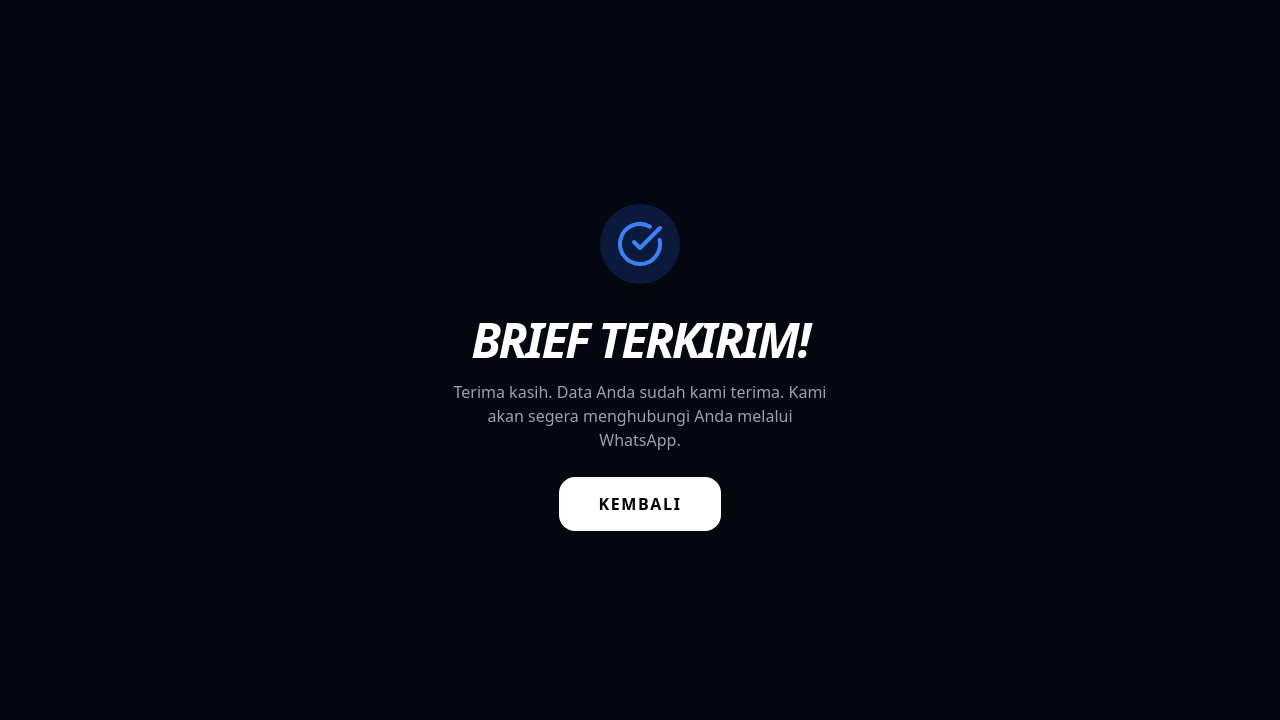
Repository: zhr-nabila/ClientBrief
Page: http://localhost/thanks.php
An editor plug-in stored every save of this project. The page is shown before and after the next save, followed by the edit.
The browser window is 1280 px wide. The pictures show the whole page.
Some web libraries are served in a nearby version. The page is run by PHP 8.4 with error messages shown; the project is at /var/www/html/.

Above is the page before, as saved 2026-01-20 16:09:47.

### thanks.php
<!DOCTYPE html>
<html lang="id">

<head>
    <meta charset="UTF-8">
    <script src="https://cdn.tailwindcss.com"></script>
    <script src="https://unpkg.com/lucide@latest"></script>
    <title>Success | ClientBrief</title>
</head>

<body class="bg-[#050810] text-white flex items-center justify-center min-h-screen p-6">
    <div class="text-center">
        <div class="w-20 h-20 bg-blue-600/20 text-blue-500 rounded-full flex items-center justify-center mx-auto mb-8 shadow-2xl">
            <i data-lucide="check-circle" class="w-12 h-12"></i>
        </div>
        <h1 class="text-5xl font-black italic uppercase tracking-tighter mb-4">Brief Terkirim!</h1>
        <p class="text-gray-400 mb-10 max-w-sm mx-auto">Terima kasih. Data Anda sudah kami terima. Kami akan segera menghubungi Anda melalui WhatsApp.</p>
        <a href="index.php" class="bg-white text-black px-10 py-4 rounded-2xl font-black uppercase tracking-widest hover:bg-blue-600 hover:text-white transition-all">Kembali</a>
    </div>
    <script>
        lucide.createIcons();
    </script>
</body>

</html>

After the next save:
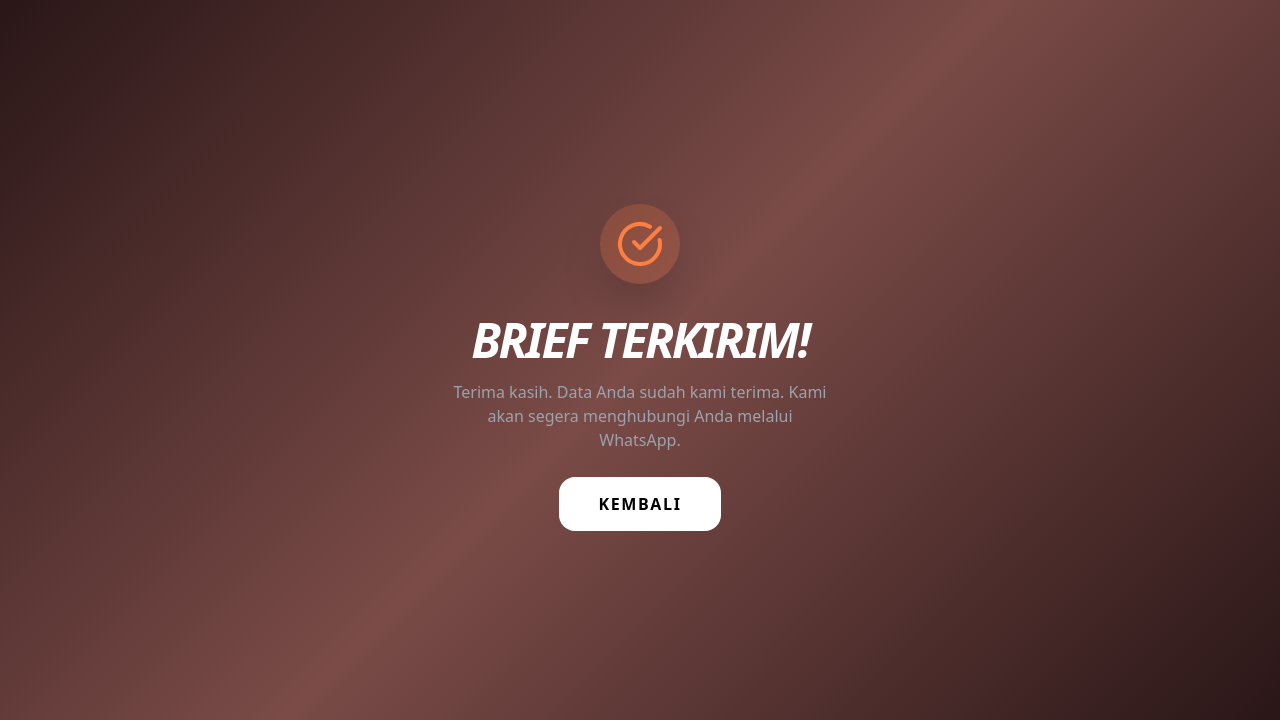
Saved 8 s later.
--- a/thanks.php
+++ b/thanks.php
@@ -6,9 +6,32 @@
     <script src="https://cdn.tailwindcss.com"></script>
     <script src="https://unpkg.com/lucide@latest"></script>
     <title>Success | ClientBrief</title>
+    <style>
+        body.light-mode {
+            background: linear-gradient(135deg, #FFF897 0%, #FE7F42 100%) !important;
+            color: #1A141A !important;
+        }
+
+        body:not(.light-mode) {
+            background: linear-gradient(135deg, #2A1617 0%, #7A4B47 50%, #2A1617 100%) !important;
+            color: white !important;
+        }
+
+        .bg-blue-600\/20 {
+            background: rgba(254, 127, 66, 0.2) !important;
+        }
+
+        .text-blue-500 {
+            color: #FE7F42 !important;
+        }
+
+        .hover\:bg-blue-600:hover {
+            background: #FE7F42 !important;
+        }
+    </style>
 </head>
 
-<body class="bg-[#050810] text-white flex items-center justify-center min-h-screen p-6">
+<body class="flex items-center justify-center min-h-screen p-6">
     <div class="text-center">
         <div class="w-20 h-20 bg-blue-600/20 text-blue-500 rounded-full flex items-center justify-center mx-auto mb-8 shadow-2xl">
             <i data-lucide="check-circle" class="w-12 h-12"></i>
@@ -19,6 +42,10 @@
     </div>
     <script>
         lucide.createIcons();
+        // Cek apakah ada class light-mode di localStorage
+        if (localStorage.getItem('theme') === 'light') {
+            document.body.classList.add('light-mode');
+        }
     </script>
 </body>
 
